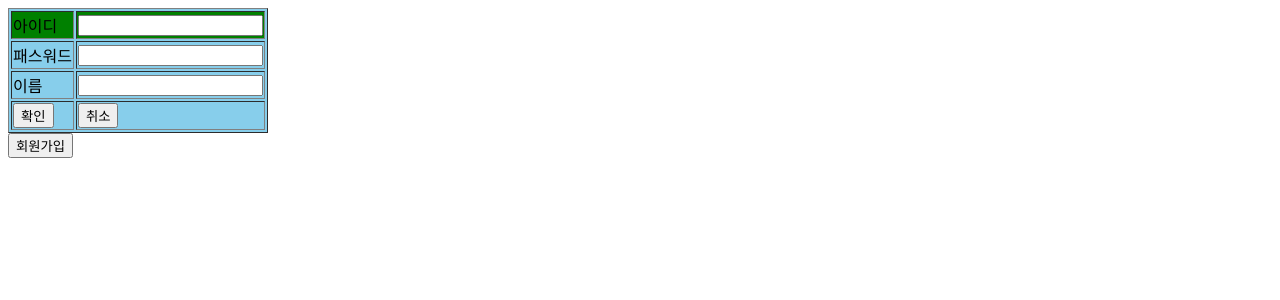
Repository: SongHyeSun/JSP
Page: http://localhost/och11/sessionMember/loginForm.jsp
These files come from the project's save history. The page is drawn as it stood at one moment and after the next save; the edit follows.
The browser window is 1280 px wide. The pictures show the whole page.
The pointer rests on the first visible `tr`.
The page is served by Tomcat 9. Other server files are loaded and not shown.

Above is the page before, as saved 2024-07-19 01:43:48.

### jspSrc17/och11/src/main/webapp/sessionMember/loginForm.jsp
<%@ page language="java" contentType="text/html; charset=UTF-8"
    pageEncoding="UTF-8"%>
<!DOCTYPE html>
<html>
<head>
<meta charset="UTF-8">
<title>Insert title here</title>
<style type="text/css">
	table {background-color: skyblue;}
	tr:hover {background-color: green;}
</style>
</head>
<body>
	<form action="loginPro.jsp">
		<table border="1">
			<tr><td>아이디</td><td><input type="text" name="id"
				required="required"></td></tr>
			<tr><td>패스워드</td><td><input type="password" name="password"
				required="required"></td></tr>
			<tr><td>이름</td><td><input type="text" name="name"
				required="required"></td></tr>
			<tr><td><input type="submit" value="확인"></td>
				<td><input type="reset" value="취소"></td></tr>
		</table>
	</form>
	<input type="button" value="회원가입" onclick="location.href='../session/person.jsp'">
</body>
</html>

After the next save:
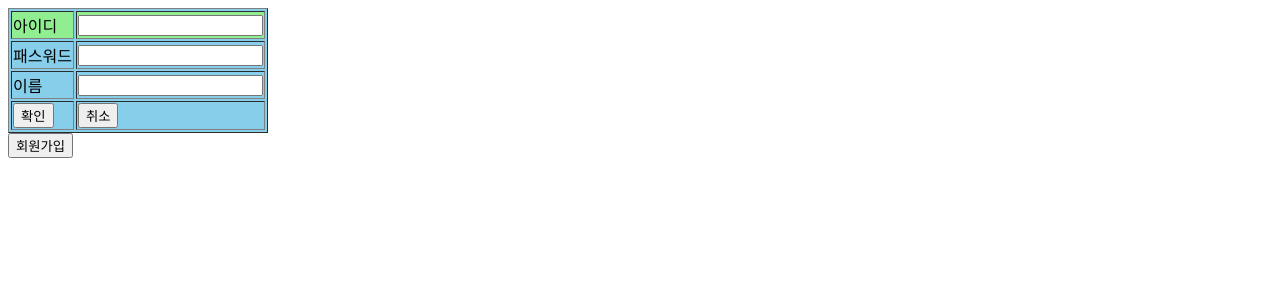
Saved 22 s later.
--- a/jspSrc17/och11/src/main/webapp/sessionMember/loginForm.jsp
+++ b/jspSrc17/och11/src/main/webapp/sessionMember/loginForm.jsp
@@ -7,7 +7,7 @@
 <title>Insert title here</title>
 <style type="text/css">
 	table {background-color: skyblue;}
-	tr:hover {background-color: green;}
+	tr:hover {background-color: lightgreen;}
 </style>
 </head>
 <body>
